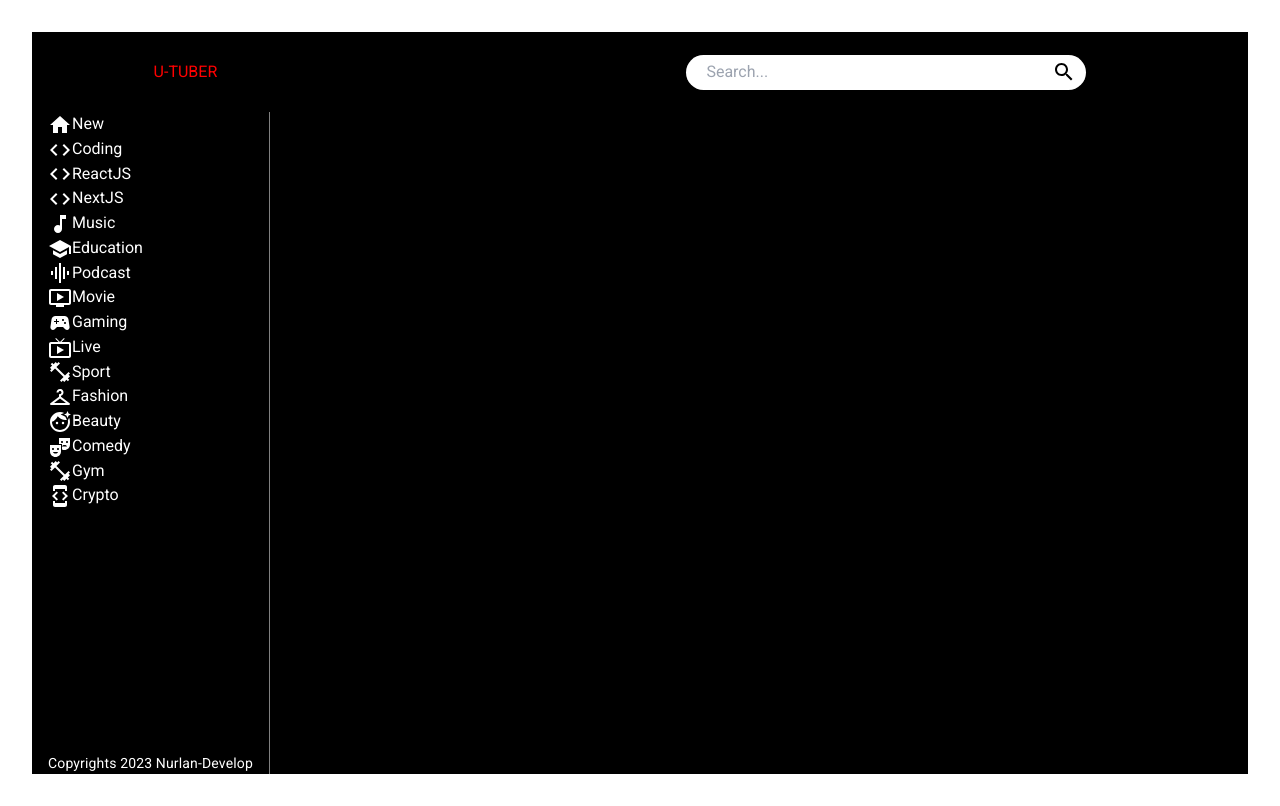
Repository: Nurlan-Bakenbaev/YoutubeClone
Page: /
The author's editor kept a copy of each file at every save. The page is drawn from the files as they stood at one save, then again after a run of saves.
The browser window is 1280 px wide. The pictures show the whole page.
The project was rebuilt for these pictures with package versions that can differ from the ones it lists, and the page was loaded fresh each time. Also part of the build but not shown: vite.config.js, src/components/VideoDetails.jsx, src/components/SearchFeed.jsx, src/components/ChannelDetails.jsx.

Above is the page before, as saved 2023-09-06 10:02:30.

### index.html
<!DOCTYPE html>
<html lang="en">
  <head>
    <link
      rel="stylesheet"
      href="https://fonts.googleapis.com/icon?family=Material+Icons"
    />
    <link rel="preconnect" href="https://fonts.googleapis.com" />
    <link rel="preconnect" href="https://fonts.gstatic.com" crossorigin />
    <link
      rel="stylesheet"
      href="https://fonts.googleapis.com/css2?family=Roboto:wght@300;400;500;600;700&display=swap"
    />

    <meta charset="UTF-8" />
    <link rel="icon" type="image/svg+xml" href="/vite.svg" />
    <meta name="viewport" content="width=device-width, initial-scale=1.0" />
    <title>Youtube Clone</title>
  </head>
  <body>
    <div id="root"></div>
    <script type="module" src="/src/main.jsx"></script>
  </body>
</html>

### src/App.jsx
import "./App.css";
import { BrowserRouter, Routes, Route } from "react-router-dom";
import { Box } from "@mui/material";
import Navbar from './components/Navbar'
import Feed from './components/Feed'
import VideoDetails from './components/VideoDetails'
import SearchFeed from './components/SearchFeed'
import ChannelDetails from './components/ChannelDetails'


const App = () => (
  <BrowserRouter>
    <Box sx={{ backgroundColor: "#000" }}>
      <Navbar/>
      <Routes>
        <Route path="/" element={<Feed />} />
        <Route path="/video:id" element={<VideoDetails />} />
        <Route path="/channel:id" element={<ChannelDetails />} />
        <Route path="/search/:searchTerm" element={<SearchFeed />} />
      </Routes>
    </Box>
  </BrowserRouter>
);

export default App;

### src/index.css
@import "tailwindcss/base";
@import "tailwindcss/components";
@import "tailwindcss/utilities";


body {
  font-family: "Roboto", sans-serif;
  margin: 0;
  padding: 0;
  box-sizing: border-box;
}
a{
  color:inherit;
  text-decoration: none;
}

### src/components/Navbar.jsx
import { Stack } from "@mui/material";
import { Link } from "react-router-dom";
import SearchBar from "./SearchBar";

const Navbar = () => {
  return (
    <Stack
      direction="row"
      alignItems="center"
      sx={{
        position: "sticky",
        background: "black",
        top: "0",
        justifyContent: "space-between",
        height: "80px",
        margin:'0 auto',
        width:'80%'
      }}
    >
      <Stack
        sx={{
          display: "flex",
          flexDirection: "row",
          alignItems: "center",
          color: "red",
        }}
      >
        <Link className="uppercase" to={"/"}>
          U-tuber
        </Link>
      </Stack>
      <SearchBar />
    </Stack>
  );
};

export default Navbar;

### src/components/Feed.jsx
import React, { useState, useEffect } from "react";
import { Box, Stack, Typography } from "@mui/material";
import SideBar from "./SideBar";
const Feed = () => {
  return (
    <Stack sx={{ flexDirection: { sx: "column", md: "row" } }}>
      <Box
        sx={{
          height: { sx: "auto", md: "92vh" },
          borderRight: "1px solid gray",
          px: { sx: 0, md: 2 },
        }}
      >
        <SideBar/>
        <Typography
          className="copyright"
          variant="body2"
          sx={{ mt: 1.5, color: "white" }}>
          Copyrights 2023 Nurlan-Develop
        </Typography>
      </Box>
    </Stack>
  );
};

export default Feed;

### src/components/SearchBar.jsx
import React from "react";
import { useState } from "react";
import { useNavigate } from "react-router-dom";
import { Paper, IconButton } from "@mui/material";
import SearchIcon from "@mui/icons-material/Search";
const SearchBar = () => {
  return (
    <Paper
      component="form"
      onSubmit={() => {}}
      sx={{
        borderRadius: "20px",
        pl: 2,
        boxShadow: "none",
        display: "flex",
        alignItems: "center",
        width: "400px",
        height: "35px",
        mr: { sm: 5 },
      }}
    >
      <input
        className="flex-1 p-1 outline-none"
        placeholder="Search..."
        type="text"
        onChange={() => {}}/>
      <IconButton type="submit" sx={{ p: "10px", color: "black" }}>
        <SearchIcon />
      </IconButton>
    </Paper>
  );
};

export default SearchBar;

### src/components/SideBar.jsx
import React from "react";
import { Stack } from "@mui/material";
import { categories } from "./helpers/constants";

const SideBar = () => {
  return (
    <Stack
      direction="row"
      sx={{ overflowY: "auto",
      height: { sx: "auto", md: "95%" },
    flexDirection:{md:'column'} }}>
      {categories.map((cat) => (
        <button className=" flex  text-white">
          <span> {cat.icon}</span>
          <span>{cat.name}</span>
        </button>
      ))}
    </Stack>
  );
};

export default SideBar;

### src/components/helpers/constants.jsx
import MusicNoteIcon from '@mui/icons-material/MusicNote';
import HomeIcon from '@mui/icons-material/Home';
import CodeIcon from '@mui/icons-material/Code';
import OndemandVideoIcon from '@mui/icons-material/OndemandVideo';
import SportsEsportsIcon from '@mui/icons-material/SportsEsports';
import LiveTvIcon from '@mui/icons-material/LiveTv';
import SchoolIcon from '@mui/icons-material/School';
import FaceRetouchingNaturalIcon from '@mui/icons-material/FaceRetouchingNatural';
import CheckroomIcon from '@mui/icons-material/Checkroom';
import GraphicEqIcon from '@mui/icons-material/GraphicEq';
import TheaterComedyIcon from '@mui/icons-material/TheaterComedy';
import FitnessCenterIcon from '@mui/icons-material/FitnessCenter';
import DeveloperModeIcon from '@mui/icons-material/DeveloperMode';


export const categories = [
  { name: 'New', icon: <HomeIcon />, },
  { name: 'Coding', icon: <CodeIcon />, },
  { name: 'ReactJS', icon: <CodeIcon />, },
  { name: 'NextJS', icon: <CodeIcon />, },
  { name: 'Music', icon: <MusicNoteIcon /> },
  { name: 'Education', icon: <SchoolIcon />, },
  { name: 'Podcast', icon: <GraphicEqIcon />, },
  { name: 'Movie', icon: <OndemandVideoIcon />, },
  { name: 'Gaming', icon: <SportsEsportsIcon />, },
  { name: 'Live', icon: <LiveTvIcon />, },
  { name: 'Sport', icon: <FitnessCenterIcon />, },
  { name: 'Fashion', icon: <CheckroomIcon />, },
  { name: 'Beauty', icon: <FaceRetouchingNaturalIcon />, },
  { name: 'Comedy', icon: <TheaterComedyIcon />, },
  { name: 'Gym', icon: <FitnessCenterIcon />, },
  { name: 'Crypto', icon: <DeveloperModeIcon />, },
];

export const demoThumbnailUrl = 'https://i.ibb.co/G2L2Gwp/API-Course.png';
export const demoChannelUrl = '/channel/UCmXmlB4-HJytD7wek0Uo97A';
export const demoVideoUrl = '/video/GDa8kZLNhJ4';
export const demoChannelTitle = 'JavaScript Mastery';
export const demoVideoTitle = 'Build and Deploy 5 JavaScript & React API Projects in 10 Hours - Full Course | RapidAPI';
export const demoProfilePicture = 'http://dergipark.org.tr/assets/app/images/buddy_sample.png'

Loaded but not shown: src/main.jsx (common file); src/App.css (common file); tailwind.config.js (common file)

After the next 3 saves:
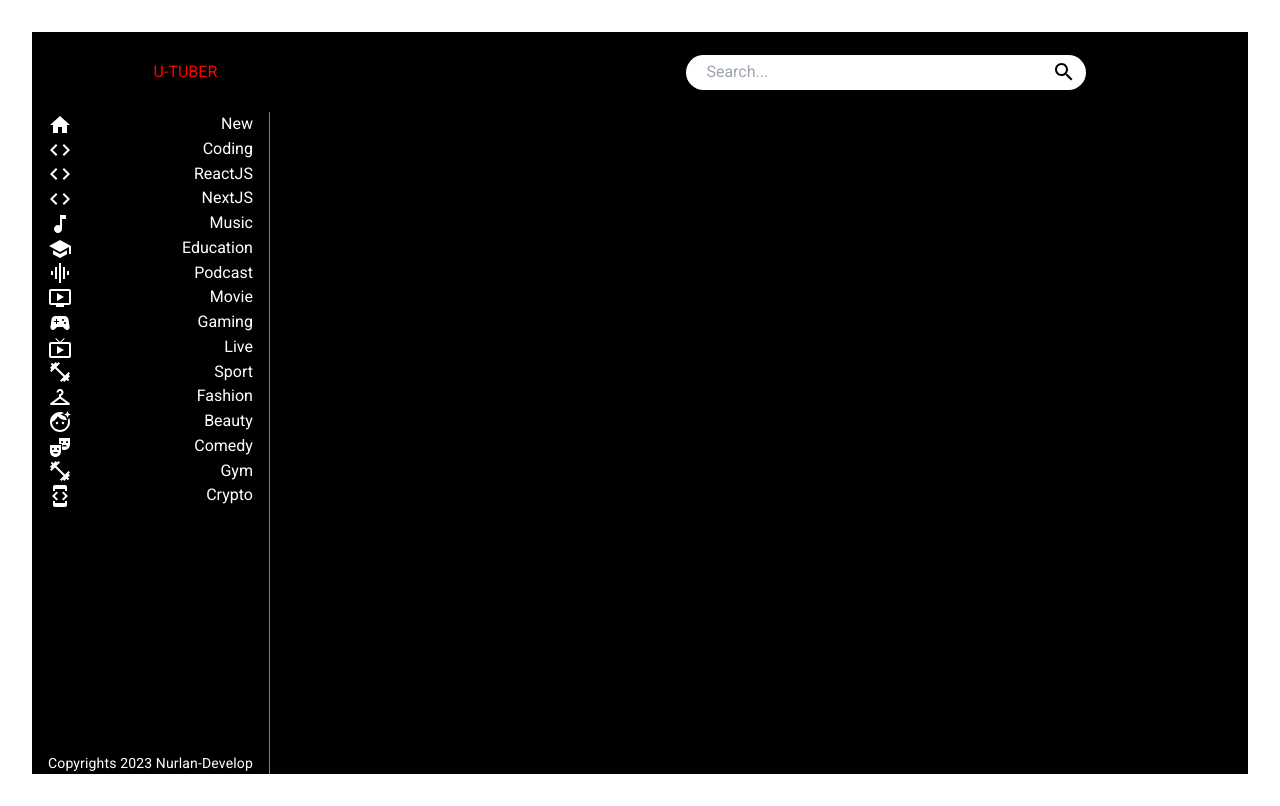
The 3 saves are shown as one change because they came seconds apart.
The last was saved 14 s later.
--- a/src/components/SideBar.jsx
+++ b/src/components/SideBar.jsx
@@ -10,7 +10,7 @@ const SideBar = () => {
       height: { sx: "auto", md: "95%" },
     flexDirection:{md:'column'} }}>
       {categories.map((cat) => (
-        <button className=" flex  text-white">
+        <button className=" flex  justify-between  text-white">
           <span> {cat.icon}</span>
           <span>{cat.name}</span>
         </button>
